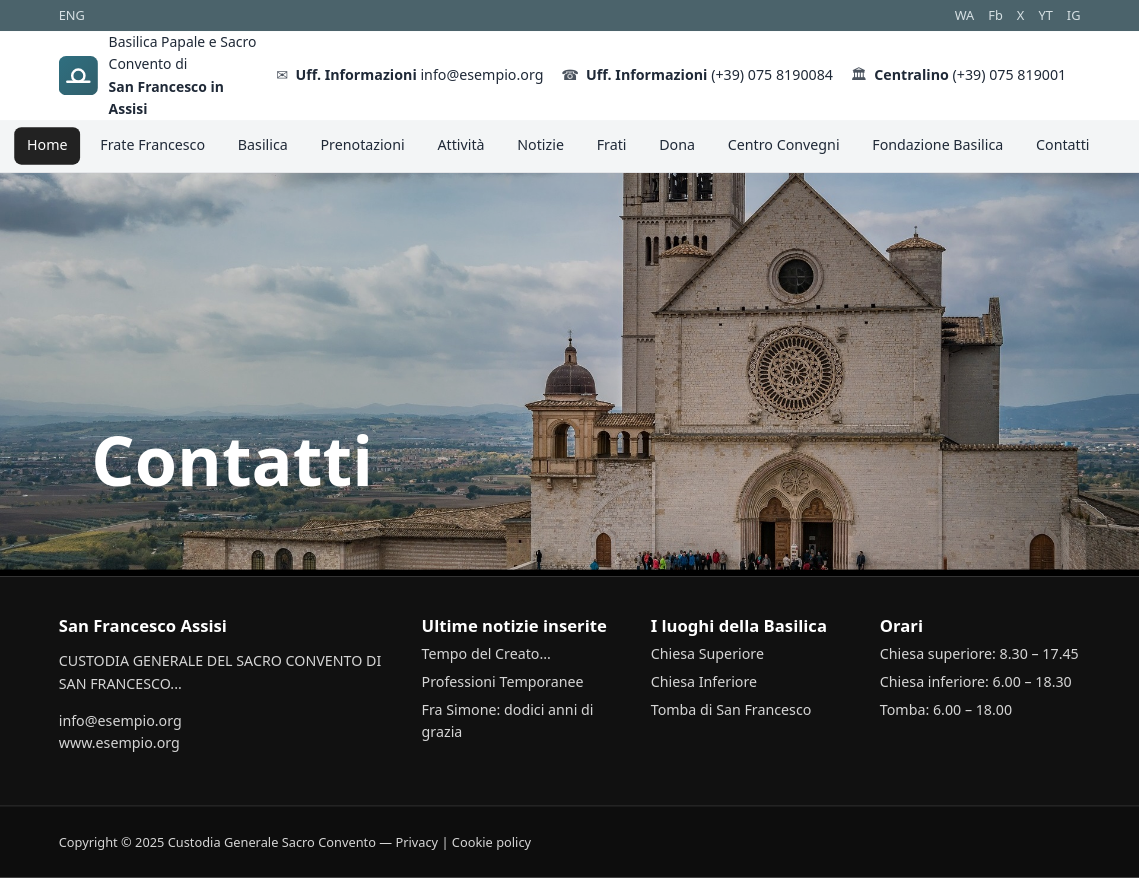
Repository: leacappello/basilica-platform-project
Page: pages/contatti.html
These files come from the project's save history. The page is drawn as it stood at one moment and after the next save; the edit follows.
The browser window is 1280 px wide. The pictures show the whole page, at 89% of full size.

Above is the page before, as saved 2025-09-17 09:27:06.
Console error (its wording comes from the project's code and is left out).

### pages/contatti.html
<!DOCTYPE html>
<html lang="it" class="no-js">

<head>
    <meta charset="utf-8" />
    <meta name="viewport" content="width=device-width, initial-scale=1" />
    <meta name="description"
        content="Basilica — Portale gemello (look & feel dimostrativo, contenuti e immagini originali)">
    <title>Basilica — Progetto gemello</title>

    <!-- Foglio di stile principale -->
    <link rel="stylesheet" href="../assets/styles.css" />

    <!-- Se JS è attivo, rimuoviamo la classe .no-js (utile per fallback menu) -->
    <script>document.documentElement.classList.remove('no-js');</script>
</head>

<body>

    <!-- ======================================================================
       TOPBAR: lingua + social (banda superiore sottile)
       ====================================================================== -->
    <div class="topbar">
        <div class="container topbar__inner">
            <div class="topbar__lang">
                <a href="#" aria-label="Versione in inglese">ENG</a>
            </div>
            <div class="topbar__social" aria-label="Social">
                <a href="#" aria-label="WhatsApp" title="WhatsApp">WA</a>
                <a href="#" aria-label="Facebook" title="Facebook">Fb</a>
                <a href="#" aria-label="X" title="X">X</a>
                <a href="#" aria-label="YouTube" title="YouTube">YT</a>
                <a href="#" aria-label="Instagram" title="Instagram">IG</a>
            </div>
        </div>
    </div>

    <!-- ======================================================================
       HEADER (masthead): logo + contatti rapidi + hamburger mobile
       Sticky con nav principale subito sotto
       ====================================================================== -->
    <header class="masthead">
        <div class="container masthead__inner">
            <!-- BRAND: logo + denominazione (il logo è decorativo; il nome è testuale) -->
            <a class="brand" href="#home" aria-label="Vai alla Home">
                <img src="images/logo.svg" alt="" class="brand__logo" aria-hidden="true" />
                <span class="brand__name">
                    Basilica Papale e Sacro Convento di<br />
                    <strong>San Francesco in Assisi</strong>
                </span>
            </a>

            <!-- CONTATTI RAPIDI: tre blocchi -->
            <ul class="masthead__contacts" aria-label="Contatti rapidi">
                <li>
                    <span class="ic" aria-hidden="true">✉</span>
                    <div>
                        <strong>Uff. Informazioni</strong>
                        <a href="mailto:info@esempio.org">info@esempio.org</a>
                    </div>
                </li>
                <li>
                    <span class="ic" aria-hidden="true">☎</span>
                    <div>
                        <strong>Uff. Informazioni</strong>
                        <a href="tel:+390758190084">(+39) 075 8190084</a>
                    </div>
                </li>
                <li>
                    <span class="ic" aria-hidden="true">🏛</span>
                    <div>
                        <strong>Centralino</strong>
                        <a href="tel:+39075819001">(+39) 075 819001</a>
                    </div>
                </li>
            </ul>

            <!-- HAMBURGER per mobile -->
            <button id="menu-button" class="menu-button" aria-controls="primary-nav" aria-expanded="false">
                <span class="sr-only">Apri/chiudi menu</span>
                <span aria-hidden="true" class="menu-icon"></span>
            </button>
        </div>

        <!-- NAV PRINCIPALE (mega-nav semplificato con sottomenù a tendina) -->
        <nav id="primary-nav" class="nav" aria-label="Navigazione principale">
            <ul class="nav__root">
                <li class="is-active"><a href="#home">Home</a></li>

                <li class="has-sub">
                    <a href="#frate">Frate Francesco</a>
                    <ul class="nav__sub">
                        <li><a href="#">Storia di un santo</a></li>
                        <li><a href="#">Scritti</a></li>
                    </ul>
                </li>

                <li class="has-sub">
                    <a href="#basilica">Basilica</a>
                    <ul class="nav__sub">
                        <li><a href="#">Chiesa superiore</a></li>
                        <li><a href="#">Chiesa inferiore</a></li>
                        <li><a href="#">Cripta</a></li>
                    </ul>
                </li>

                <li class="has-sub">
                    <a href="#prenotazioni">Prenotazioni</a>
                    <ul class="nav__sub">
                        <li><a href="#">Visite individuali</a></li>
                        <li><a href="#">Gruppi</a></li>
                    </ul>
                </li>

                <li class="has-sub">
                    <a href="#attivita">Attività</a>
                    <ul class="nav__sub">
                        <li><a href="#">Pastorale</a></li>
                        <li><a href="#">Cultura</a></li>
                    </ul>
                </li>

                <li><a href="#notizie">Notizie</a></li>

                <li class="has-sub">
                    <a href="#frati">Frati</a>
                    <ul class="nav__sub">
                        <li><a href="#">Comunità</a></li>
                    </ul>
                </li>

                <li class="has-sub">
                    <a href="#dona">Dona</a>
                    <ul class="nav__sub">
                        <li><a href="#">Come donare</a></li>
                    </ul>
                </li>

                <li><a href="#centro">Centro Convegni</a></li>
                <li><a href="#fondazione">Fondazione Basilica</a></li>
                <li><a href="#contatti">Contatti</a></li>
            </ul>
        </nav>
    </header>

    <!-- ======================================================================
       HERO: slider immagini + titolo
       ====================================================================== -->
    <div class="main-content">

        <section id="home" class="hero" aria-label="Sezione introduttiva">
            <div class="hero__slides">
                <figure class="hero__slide is-active">
                    <img src="../images/hero-1.jpg" alt="Affreschi della Basilica" loading="eager">
                    <figcaption>
                        <h1>Contatti <span class="accent">
                            </span></h1>
                    </figcaption>
                </figure>
            </div>
        </section>
       <!-- sezione contatti -->
        <section>
            <div class="container">
                <div class="row">

                </div>
            </div>
        </section>
       <!-- sezione contatti -->
    </div>


    <!-- ======================================================================
       FOOTER “mega”: 4 colonne + riga legale con anno dinamico
       ====================================================================== -->
    <footer class="site-footer" role="contentinfo">
        <div class="container footer__grid">
            <section>
                <h3 class="footer__title">San Francesco Assisi</h3>
                <p>CUSTODIA GENERALE DEL SACRO CONVENTO DI SAN FRANCESCO...</p>
                <p>
                    <a href="mailto:info@esempio.org">info@esempio.org</a><br>
                    <a href="https://www.esempio.org">www.esempio.org</a>
                </p>
            </section>

            <section>
                <h3 class="footer__title">Ultime notizie inserite</h3>
                <ul class="footer__list">
                    <li><a href="#">Tempo del Creato...</a></li>
                    <li><a href="#">Professioni Temporanee</a></li>
                    <li><a href="#">Fra Simone: dodici anni di grazia</a></li>
                </ul>
            </section>

            <section>
                <h3 class="footer__title">I luoghi della Basilica</h3>
                <ul class="footer__list">
                    <li><a href="#">Chiesa Superiore</a></li>
                    <li><a href="#">Chiesa Inferiore</a></li>
                    <li><a href="#">Tomba di San Francesco</a></li>
                </ul>
            </section>

            <section>
                <h3 class="footer__title">Orari</h3>
                <ul class="footer__list">
                    <li>Chiesa superiore: 8.30 – 17.45</li>
                    <li>Chiesa inferiore: 6.00 – 18.30</li>
                    <li>Tomba: 6.00 – 18.00</li>
                </ul>
            </section>
        </div>

        <div class="footer__legal">
            <div class="container">
                <p>Copyright © <span id="year"></span> Custodia Generale Sacro Convento — <a href="#">Privacy</a> | <a
                        href="#">Cookie policy</a></p>
            </div>
        </div>
    </footer>

    <!-- Script frontend: toggle menu, slider, evidenziazione link, anno -->
    <script src="../assets/script.js"></script>
</body>

</html>

### assets/styles.css
/* ==========================================================================
   STILE PRINCIPALE — Basilica Twin (frontend fedele, leggero, accessibile)
   - Palette teal/slate ispirata
   - Layout con Grid/Flex, breakpoint tablet/mobile
   - Componenti: topbar, masthead, nav con sottomenù, hero+cards, eventi,
                 cards notizie, stats overlay, footer mega
   ========================================================================== */

/* ============== Token / Reset ============== */
:root{
  --bg:#ffffff; --fg:#1f2937; --muted:#6b7280;
  --brand:#3b5961;
  --brand-700:#2f474e;
  --accent:#315f6b;
  --surface:#f5f7f9;
  --border:#e5e7eb;

  --container:1180px;
  --radius:12px;
  --shadow:0 8px 24px rgba(0,0,0,.12);

  --space-2:.5rem; --space-3:.75rem; --space-4:1rem;
  --space-6:1.5rem; --space-8:2rem; --space-10:2.5rem;

  --fs-sm:.9rem; --fs-base:1rem; --fs-lg:1.125rem;
  --fs-xl:1.5rem; --fs-2xl:2rem; --lh:1.6;

  --header-h:64px;
}

*{box-sizing:border-box}
html,body{margin:0}
body{
  font:400 var(--fs-base)/var(--lh) ui-sans-serif,system-ui,-apple-system,"Segoe UI",Roboto,Arial;
  color:var(--fg); background:var(--bg);
}
h1,h2,h3{margin:.25rem 0 var(--space-3); line-height:1.2}
h1{font-size:clamp(2rem,5vw,3rem)}
h2{font-size:clamp(1.5rem,3.5vw,2.25rem)}
a{color:inherit; text-decoration:none}
a:hover{text-decoration:underline}
.muted{color:var(--muted)}
.accent{color:#2f6f80}

.container{max-width:var(--container);margin-inline:auto;padding-inline:var(--space-4)}
.section{padding-block:var(--space-10)}
.sr-only{position:absolute;width:1px;height:1px;overflow:hidden;clip:rect(0,0,0,0);white-space:nowrap}

/* ============== Topbar ============== */
.topbar{background:#4b636b;color:#e6eef1;font-size:var(--fs-sm)}
.topbar__inner{display:flex;justify-content:space-between;align-items:center;padding-block:6px}
.topbar a{color:#e6eef1;opacity:.9}
.topbar a:hover{opacity:1}
.topbar__social a{margin-left:12px}

/* ============== Masthead (logo+contatti+hamburger) ============== */
.masthead{background:#fff;border-bottom:1px solid var(--border);position:sticky;top:0;z-index:30}
.masthead__inner{
  display:grid;grid-template-columns:1fr auto auto;gap:1rem;align-items:center;min-height:var(--header-h)
}
.brand{display:flex;align-items:center;gap:.75rem;text-decoration:none}
.brand__logo{width:44px;height:44px;object-fit:contain}
.brand__name{font-size:.98rem}
.masthead__contacts{list-style:none;display:flex;gap:1.25rem;margin:0;padding:0}
.masthead__contacts li{display:flex;gap:.5rem;align-items:center}
.ic{font-style:normal;opacity:.8}

/* Hamburger (mobile only) */
.menu-button{display:none;background:transparent;border:0;cursor:pointer}
.menu-icon{width:24px;height:2px;background:var(--fg);display:inline-block;position:relative}
.menu-icon::before,.menu-icon::after{content:"";position:absolute;left:0;width:24px;height:2px;background:var(--fg)}
.menu-icon::before{top:-6px}.menu-icon::after{top:6px}

/* ============== Nav (root + submenu) ============== */
.nav{background:#f3f5f6}
.nav__root{display:flex;gap:.5rem;list-style:none;margin:0;padding:.5rem var(--space-4)}
.nav__root>li>a{display:block;padding:.5rem .9rem;border-radius:8px}
.nav__root>li.is-active>a{background:#222;color:#fff}
.nav a[aria-current="page"]{background:#222;color:#fff;border-radius:8px}

/* Sottomenù desktop (hover) */
.has-sub{position:relative}
.has-sub>.nav__sub{
  display:none;position:absolute;left:0;top:calc(100% + 6px);
  min-width:240px;background:#fff;border:1px solid var(--border);
  border-radius:10px;box-shadow:var(--shadow);padding:.5rem
}
.has-sub:hover>.nav__sub{display:block}
.nav__sub{list-style:none;margin:0}
.nav__sub a{display:block;padding:.5rem .75rem;border-radius:6px}
.nav__sub a:hover{background:#f7f7f9}

/* ============== Hero (slider + overlay cards) ============== */
.hero{position:relative;background:#000;color:#fff}
.hero__slides{position:relative;overflow:hidden}
.hero__slide{display:none;margin:0}
.hero__slide.is-active{display:block}
.hero__slide img{width:100%;height:62vh;min-height:420px;object-fit:cover;opacity:.9}
.hero__slide figcaption{position:absolute;left:8%;bottom:16%;max-width:700px}
.hero__slide h1{font-size:clamp(2.5rem,6vw,5rem);font-weight:600}
.pill{
  display:inline-block;margin-top:.75rem;padding:.45rem .9rem;
  background:rgba(255,255,255,.18);border-radius:999px;color:#e9f1f3;font-size:1.25rem
}

/* Controlli slider */
.hero__ctrl{
  position:absolute;top:50%;transform:translateY(-50%);
  background:rgba(0,0,0,.35);color:#fff;border:0;border-radius:999px;
  width:40px;height:40px;cursor:pointer
}
.hero__ctrl.prev{left:14px}
.hero__ctrl.next{right:14px}

/* Overlay 4 card */
.hero__overlay{position:relative}
.hero__cards{
  display:grid;grid-template-columns:repeat(4,1fr);gap:1rem;margin-top:-70px
}
.card{
  background:#526e76;color:#ecf1f3;padding:1.1rem;border-radius:14px;box-shadow:var(--shadow)
}
.card h3{margin:.1rem 0 .35rem}
.card .btn{margin-top:.5rem}

/* ============== Buttons ============== */
.btn{
  display:inline-block;font-weight:600;border:0;border-radius:10px;
  padding:.65rem 1rem;cursor:pointer;text-decoration:none
}
.btn--primary{background:var(--brand);color:#fff}
.btn--primary:hover{background:var(--brand-700)}
.btn--ghost{background:transparent;color:#fff;border:1px solid rgba(255,255,255,.7)}
.btn--ghost:hover{background:rgba(255,255,255,.12)}

/* ============== Eventi a 2 colonne ============== */
.grid-2{display:grid;grid-template-columns:2fr 1.2fr;gap:2rem}
.eyebrow{color:var(--muted);letter-spacing:.06em;text-transform:uppercase;font-size:.85rem}
.media img{width:100%;border-radius:12px}

.events{list-style:none;margin:0;padding:0;display:grid;gap:1rem}
.events li{
  display:grid;grid-template-columns:70px 1fr;gap:1rem;align-items:start;
  border-bottom:1px solid var(--border);padding-bottom:1rem
}
.date{
  width:70px;background:#315f6b;color:#fff;border-radius:8px;
  display:grid;place-items:center;padding:.35rem 0
}
.date span{font-size:1.4rem;font-weight:700;line-height:1}
.date small{opacity:.8}

/* ============== Cards 3 (notizie/progetti) ============== */
.cards-3{display:grid;grid-template-columns:repeat(3,1fr);gap:1.2rem}
.post{
  background:#fff;border:1px solid var(--border);border-radius:12px;
  overflow:hidden;display:flex;flex-direction:column
}
.post img{width:100%;aspect-ratio:16/9;object-fit:cover}
.post__body{padding:1rem;display:grid;gap:.5rem}
.badge{
  display:inline-flex;align-items:center;gap:.5rem;background:#e6eef1;
  border-radius:8px;padding:.25rem .5rem;color:#2f4f59;font-weight:700
}
.post__title{font-weight:700;text-decoration:none}
.readmore{font-weight:600;color:var(--accent);text-decoration:none}

/* ============== Stats (background con overlay scuro fisso) ============== */
.stats{
  background:url('../images/hero-1.jpg') center/cover no-repeat fixed;
  position:relative;color:#e9eef1
}
.stats::before{content:"";position:absolute;inset:0;background:rgba(22,32,41,.65)}
.stats__grid{
  position:relative;display:grid;grid-template-columns:repeat(4,1fr);
  gap:2rem;padding-block:3rem
}
.stats__grid .n{font-size:2.25rem;font-weight:800}

/* ============== Footer “mega” ============== */
.site-footer{background:#111;color:#d6d6d6}
.footer__grid{display:grid;grid-template-columns:2fr 1.2fr 1.2fr 1.2fr;gap:2rem;padding-block:2.5rem}
.footer__title{color:#fff;margin-bottom:.5rem}
.footer__list{list-style:none;margin:0;padding:0;display:grid;gap:.35rem}
.footer__legal{border-top:1px solid #333;background:#0d0d0d;font-size:.9rem}
.footer__legal .container{padding-block:.9rem}
.center{text-align:center}
.mt-4{margin-top:var(--space-4)}

/* ============== Responsive ============== */
@media (max-width: 1024px){
  .masthead__inner{grid-template-columns:1fr auto auto}
  .hero__cards{grid-template-columns:repeat(2,1fr);margin-top:-50px}
  .grid-2{grid-template-columns:1fr}
  .cards-3{grid-template-columns:1fr 1fr}
}
@media (max-width: 768px){
  .masthead__contacts{display:none}
  .menu-button{display:inline-block}
  .nav{display:none}
  .nav[data-open="true"]{display:block}
  .nav__root{flex-direction:column}
  .hero__cards{grid-template-columns:1fr;margin-top:-30px}
  .cards-3{grid-template-columns:1fr}
  .stats__grid{grid-template-columns:1fr 1fr}
}
@media (max-width: 480px){
  .stats__grid{grid-template-columns:1fr}
}

/* ============== No-JS fallback ============== */
.no-js .nav{display:block}

/* ============== Tabella Orari ============== */
.tabella-orari{
  width:100%;
  border-collapse:collapse;
}
.orari th,.orari td{
  padding:.5rem;
  border-bottom:1px solid var(--border);
  text-align: left;
}

.titolo-orari{
  margin-top: 30px; font-size: 1.5rem;
  margin-bottom:.5rem;
  border-bottom:1px solid var(--border);
  padding-bottom:.5rem
}
/* ============== Tabella Orari ============== */

### assets/script.js
/* ==========================================================================
   SCRIPT PRINCIPALE — Basilica Twin
   - Anno corrente nel footer
   - Menu mobile accessibile (aria-expanded + data-open)
   - Evidenziazione link attivo durante scroll (IntersectionObserver)
   - Chiusura menu mobile al click su voce e con tasto ESC
   - Mini carousel hero (autoplay + prev/next + pausa on-hover)
   ========================================================================== */

/* 1) Anno corrente nel footer ------------------------------------------------*/
const yearEl = document.getElementById("year");
if (yearEl) yearEl.textContent = String(new Date().getFullYear());

/* 2) Menu mobile: toggle + accessibilità -----------------------------------*/
const menuBtn = document.getElementById("menu-button");
const primaryNav = document.getElementById("primary-nav");

if (menuBtn && primaryNav) {
  menuBtn.addEventListener("click", () => {
    const open = menuBtn.getAttribute("aria-expanded") === "true";
    menuBtn.setAttribute("aria-expanded", String(!open));
    primaryNav.setAttribute("data-open", String(!open));
  });

  window.addEventListener("keydown", (e) => {
    if (e.key === "Escape") {
      menuBtn.setAttribute("aria-expanded", "false");
      primaryNav.setAttribute("data-open", "false");
    }
  });

  primaryNav.querySelectorAll('a[href^="#"]').forEach((a) => {
    a.addEventListener("click", () => {
      if (menuBtn.getAttribute("aria-expanded") === "true") {
        menuBtn.setAttribute("aria-expanded", "false");
        primaryNav.setAttribute("data-open", "false");
      }
    });
  });
}

/* 3) Evidenziazione link attivo durante lo scroll ---------------------------*/
const nav = document.getElementById("primary-nav");
const navLinks = nav ? nav.querySelectorAll('a[href^="#"]') : [];
const sectionsMap = new Map();

navLinks.forEach((link) => {
  const id = link.getAttribute("href");
  const section = id ? document.querySelector(id) : null;
  if (section) sectionsMap.set(section, link);
});

function setActiveLink(sectionEl) {
  navLinks.forEach((a) => a.removeAttribute("aria-current"));
  const link = sectionsMap.get(sectionEl);
  if (link) link.setAttribute("aria-current", "page");
}

if ("IntersectionObserver" in window && sectionsMap.size) {
  const io = new IntersectionObserver(
    (entries) => {
      let best = null;
      for (const e of entries) {
        if (e.isIntersecting) {
          if (!best || e.intersectionRatio > best.intersectionRatio) best = e;
        }
      }
      if (best) setActiveLink(best.target);
    },
    {
      root: null,
      rootMargin: "-35% 0px -35% 0px",
      threshold: [0, 0.25, 0.5, 0.75, 1],
    }
  );
  sectionsMap.forEach((_l, section) => io.observe(section));
}

window.addEventListener("hashchange", () => {
  const current = document.querySelector(location.hash);
  if (current && sectionsMap.has(current)) setActiveLink(current);
});

document.addEventListener("DOMContentLoaded", () => {
  const current = document.querySelector(location.hash);
  if (current && sectionsMap.has(current)) setActiveLink(current);
});

/* 4) Mini carousel Hero -----------------------------------------------------*/
(function () {
  const slides = Array.from(document.querySelectorAll(".hero__slide"));
  if (!slides.length) return;

  let i = 0;
  const show = (idx) => {
    slides.forEach((s) => s.classList.remove("is-active"));
    slides[idx].classList.add("is-active");
  };
  const next = () => { i = (i + 1) % slides.length; show(i); };
  const prev = () => { i = (i - 1 + slides.length) % slides.length; show(i); };

  const btnNext = document.querySelector(".hero__ctrl.next");
  const btnPrev = document.querySelector(".hero__ctrl.prev");
  btnNext && btnNext.addEventListener("click", next);
  btnPrev && btnPrev.addEventListener("click", prev);

  let timer = setInterval(next, 7000);
  const slidesWrap = document.querySelector(".hero__slides");
  if (slidesWrap) {
    slidesWrap.addEventListener("mouseenter", () => clearInterval(timer));
    slidesWrap.addEventListener("mouseleave", () => (timer = setInterval(next, 7000)));
  }
})();

After the next save:
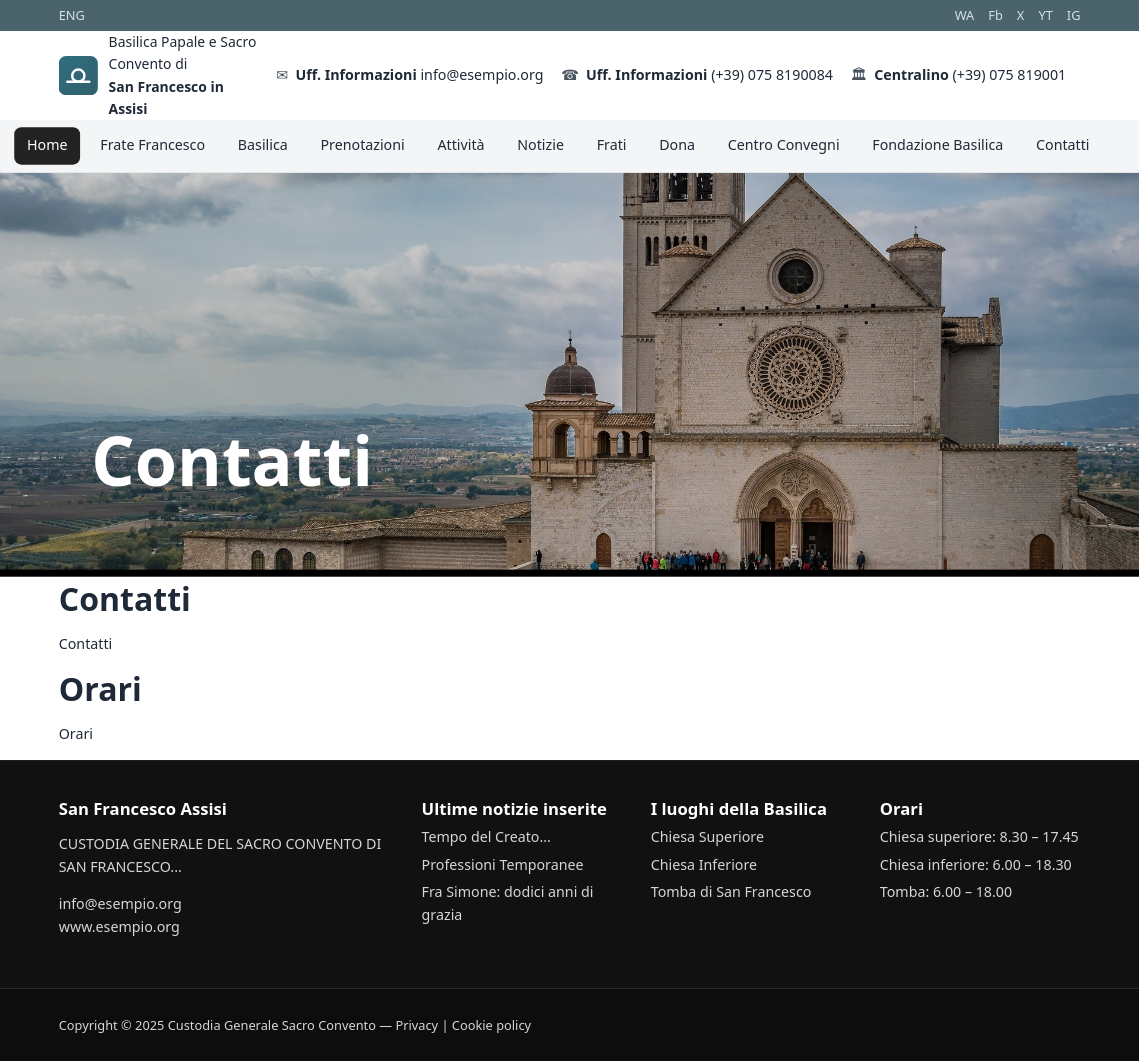
Saved 17 s later.
--- a/pages/contatti.html
+++ b/pages/contatti.html
@@ -163,7 +163,14 @@
         <section>
             <div class="container">
                 <div class="row">
-
+                    <div class="col">
+                        <h2>Contatti</h2>
+                        <p>Contatti</p>
+                    </div>
+                    <div class="col">
+                        <h2>Orari</h2>
+                        <p>Orari</p>
+                    </div>
                 </div>
             </div>
         </section>
